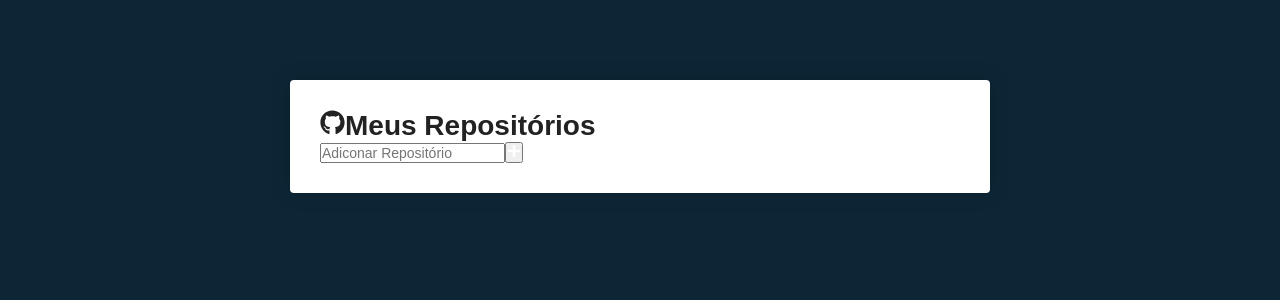
Repository: wellingtondevops/repo-git
Page: /
The author's editor kept a copy of each file at every save. The page is drawn from the files as they stood at one save, then again after the next save.
The browser window is 1280 px wide. The pictures show the whole page.
The project was rebuilt for these pictures with package versions that can differ from the ones it lists, and the page was loaded fresh each time. A package was used in the major version that the imports need, not the one package.json lists. Also part of the build but not shown: src/pages/Repositorio/index.js.

Above is the page before, as saved 2025-06-24 21:06:07.

### src/index.js
import React from 'react';
import { createRoot } from 'react-dom/client';
import App from './App';

const container = document.getElementById('root');
const root = createRoot(container);

root.render(
  <React.StrictMode>
    <App />
  </React.StrictMode>
)

### src/App.js
import Routes from "./routes";
import GlobalStyles from "./styles/global";




function App() {
  return (
   <>
   <GlobalStyles/>
   <Routes/>
   </>

  );
}

export default App;

### src/routes.js
import React from "react";
import {BrowserRouter,Route,Switch} from "react-router-dom"
import Main from "./pages/Main";
import Repositorio from "./pages/Repositorio";



export default function Routes(){

return(
    <BrowserRouter>
    <Switch>
        <Route exact path="/" component={Main}/>
        <Route exact path="/repositorio/:repositorio" component={Repositorio}/>
    </Switch>
    </BrowserRouter>
)

}

### src/styles/global.js
import { createGlobalStyle } from "styled-components"

export default createGlobalStyle`
*{
    margin: 0;
    padding: 0;
    outline: 0;
    box-sizing: border-box;

}

html, body, #root{
    min-height: 100%;
}

body{
    background: #0D2636;
    font-size: 14px;
    -webkit-font-smoothing: antialiased !important;
}

body, input, button{
    color: #222;
    font-size: 14px;
    font-family: Arial, Helvetica, sans-serif;
}

button{
    cursor: pointer;

}






`

### src/pages/Main/index.js
import React from "react";
import { FaGithub, FaPlus } from "react-icons/fa"
import { Container, Form, SubmitButton } from "./style";

export default function Main() {
    return (
        <Container>
            <h1>
                <FaGithub size={25} />
                Meus Repositórios
            </h1>
            <Form onSubmit={() => { }}>
                <input type="text" placeholder="Adiconar Repositório"></input>
                <SubmitButton>
                    <FaPlus color="#FFF" size={14} />
                </SubmitButton>
            </Form>
        </Container>

    )
}

### src/pages/Main/style.js
import styled from "styled-components";

export const Container = styled.div`
max-width: 700px;
background-color: #FFF;
border-radius: 4px;
box-shadow: 0 0 20px rgba(0,0,0,0.2);;
padding: 30px;
margin: 80px auto;


`;

export const Form = styled.form`

`;
export const SubmitButton = styled.button`

`;

Loaded but not shown: public/index.html (common file)

After the next save:
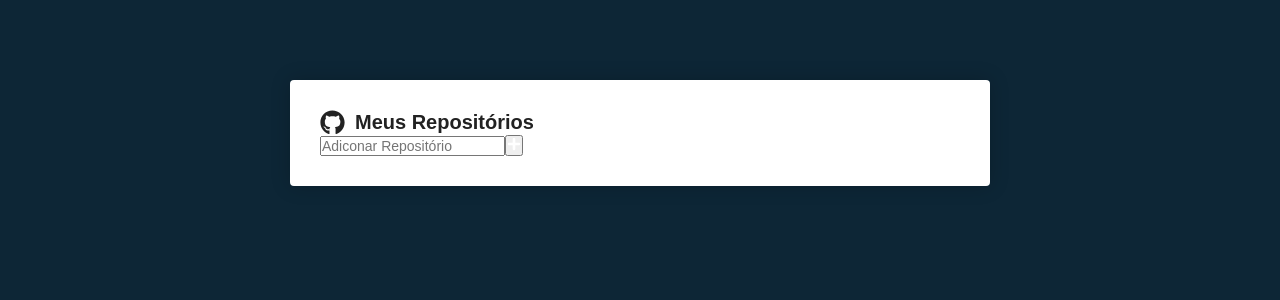
Saved 83 s later.
--- a/src/pages/Main/style.js
+++ b/src/pages/Main/style.js
@@ -8,7 +8,16 @@ box-shadow: 0 0 20px rgba(0,0,0,0.2);;
 padding: 30px;
 margin: 80px auto;
 
+h1{
+  font-size: 20px;
+  display: flex;
+  align-items: center;
+  flex-direction: row;
 
+  svg{
+    margin-right: 10px;
+  }
+}
 `;
 
 export const Form = styled.form`
